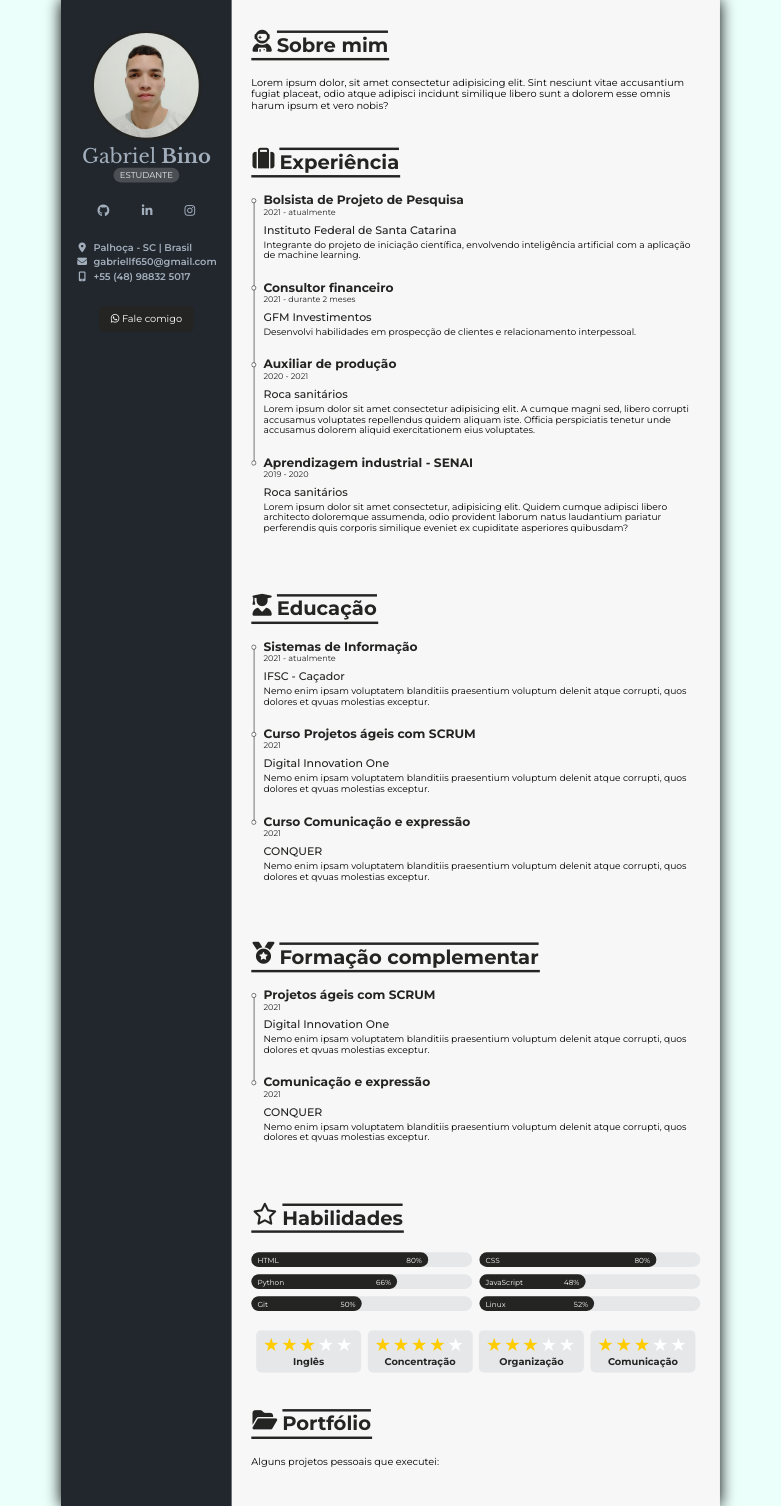
Repository: gabrielbino/curriculoResponsivo
Page: index.html
The author's editor kept a copy of each file at every save. The page is drawn from the files as they stood at one save, then again after the next save.
The browser window is 1280 px wide. The pictures show the whole page, at 61% of full size.
Some web libraries are served in a nearby version.

Above is the page before, as saved 2021-10-19 22:53:16.

### index.html
<!DOCTYPE html>
<html lang="pt-br">
  <head>
    <meta charset="UTF-8" />
    <meta name="viewport" content="width=device-width, initial-scale=1" />
    <link
      rel="stylesheet"
      href="https://cdnjs.cloudflare.com/ajax/libs/normalize/8.0.1/normalize.min.css"
      integrity="sha512-NhSC1YmyruXifcj/KFRWoC561YpHpc5Jtzgvbuzx5VozKpWvQ+4nXhPdFgmx8xqexRcpAglTj9sIBWINXa8x5w=="
      crossorigin="anonymous"
      referrerpolicy="no-referrer"
    />
    <script
      src="https://kit.fontawesome.com/a6ac7cca8d.js"
      crossorigin="anonymous"
    ></script>
    <link rel="stylesheet" href="css/style.css" />
    <link rel="shortcut icon" href="img/favicon.ico" />
    <title>CV do Gabriel</title>
  </head>
  <body>
    <main>
      <aside>
        <div class="sidebar">
          <img
            class="profile-picture"
            src="./img/option_profile.jpeg"
            alt="Gabriel Bino"
          />
          <h1 class="title-name"><span>Gabriel</span> Bino</h1>
          <h3 class="subtitle-role">Estudante</h3>
          <div class="social-links">
            <a href="https://github.com/gabrielbino" target="_blank">
              <i class="fab fa-github"></i>
            </a>
            <a
              href="https://www.linkedin.com/in/gabriel-fernandes-bino-456499195/"
              target="_blank"
            >
              <i class="fab fa-linkedin-in"></i>
            </a>
            <!-- <a href="https://twitter.com/theleoad" target="_blank">
              <i class="fab fa-twitter"></i>
            </a> -->
            <a href="https://www.instagram.com/gabrielfbino/" target="_blank">
              <i class="fab fa-instagram"></i>
            </a>
          </div>
          <ul class="personal-data">
            <li>
              <i class="fas fa-map-marker-alt"></i>
              <span>Palhoça - SC | Brasil</span>
            </li>
            <li>
              <i class="fas fa-envelope"></i>
              <a href="mailto:galbriellf650@gmail.com"
                >gabriellf650@gmail.com</a
              >
            </li>
            <li>
              <i class="fas fa-mobile-alt"></i>
              <a href="tel:+5548988325017">+55 (48) 98832 5017</a>
            </li>
          </ul>
          <a
            class="download-button"
            href="https://wa.me/+5548988325017"
            target="_blank"
          >
            <i class="fab fa-whatsapp"></i>
            <span>Fale comigo</span>
          </a>
        </div>
      </aside>
      <section>
        <article>
          <div class="article-title-wrapper">
            <i class="fas fa-user-astronaut"></i>
            <h2 class="article-title">Sobre mim</h2>
          </div>
          <p>
            Lorem ipsum dolor, sit amet consectetur adipisicing elit. Sint
            nesciunt vitae accusantium fugiat placeat, odio atque adipisci
            incidunt similique libero sunt a dolorem esse omnis harum ipsum et
            vero nobis?
          </p>
        </article>
        <article>
          <div class="article-title-wrapper">
            <i class="fas fa-suitcase"></i>
            <h2 class="article-title">Experiência</h2>
          </div>
          <ul class="timeline">
            <li>
              <h4 class="timeline-title">Bolsista de Projeto de Pesquisa</h4>
              <h5 class="timeline-time">2021 - atualmente</h5>
              <h6 class="timeline-place">
                Instituto Federal de Santa Catarina
              </h6>
              <p class="timeline-text">
                Integrante do projeto de iniciação científica, envolvendo
                inteligência artificial com a aplicação de machine learning.
              </p>
            </li>
            <li>
              <h4 class="timeline-title">Consultor financeiro</h4>
              <h5 class="timeline-time">2021 - durante 2 meses</h5>
              <h6 class="timeline-place">GFM Investimentos</h6>
              <p class="timeline-text">
                Desenvolvi habilidades em prospecção de clientes e
                relacionamento interpessoal.
              </p>
            </li>
            <li>
              <h4 class="timeline-title">Auxiliar de produção</h4>
              <h5 class="timeline-time">2020 - 2021</h5>
              <h6 class="timeline-place">Roca sanitários</h6>
              <p class="timeline-text">
                Lorem ipsum dolor sit amet consectetur adipisicing elit. A
                cumque magni sed, libero corrupti accusamus voluptates
                repellendus quidem aliquam iste. Officia perspiciatis tenetur
                unde accusamus dolorem aliquid exercitationem eius voluptates.
              </p>
            </li>
            <li>
              <h4 class="timeline-title">Aprendizagem industrial - SENAI</h4>
              <h5 class="timeline-time">2019 - 2020</h5>
              <h6 class="timeline-place">Roca sanitários</h6>
              <p class="timeline-text">
                Lorem ipsum dolor sit amet consectetur, adipisicing elit. Quidem
                cumque adipisci libero architecto doloremque assumenda, odio
                provident laborum natus laudantium pariatur perferendis quis
                corporis similique eveniet ex cupiditate asperiores quibusdam?
              </p>
            </li>
          </ul>
        </article>
        <article>
          <div class="article-title-wrapper">
            <i class="fas fa-user-graduate"></i>
            <h2 class="article-title">Educação</h2>
          </div>
          <ul class="timeline">
            <li>
              <h4 class="timeline-title">Sistemas de Informação</h4>
              <h5 class="timeline-time">2021 - atualmente</h5>
              <h6 class="timeline-place">IFSC - Caçador</h6>
              <p class="timeline-text">
                Nemo enim ipsam voluptatem blanditiis praesentium voluptum
                delenit atque corrupti, quos dolores et qvuas molestias
                exceptur.
              </p>
            </li>
            <li>
              <h4 class="timeline-title">Curso Projetos ágeis com SCRUM</h4>
              <h5 class="timeline-time">2021</h5>
              <h6 class="timeline-place">Digital Innovation One</h6>
              <p class="timeline-text">
                Nemo enim ipsam voluptatem blanditiis praesentium voluptum
                delenit atque corrupti, quos dolores et qvuas molestias
                exceptur.
              </p>
            </li>
            <li>
              <h4 class="timeline-title">Curso Comunicação e expressão</h4>
              <h5 class="timeline-time">2021</h5>
              <h6 class="timeline-place">CONQUER</h6>
              <p class="timeline-text">
                Nemo enim ipsam voluptatem blanditiis praesentium voluptum
                delenit atque corrupti, quos dolores et qvuas molestias
                exceptur.
              </p>
            </li>
          </ul>
        </article>
        <article>
          <div class="article-title-wrapper">
            <i class="fas fa-medal"></i>
            <h2 class="article-title">Formação complementar</h2>
          </div>
          <ul class="timeline">
            <li>
              <h4 class="timeline-title">Projetos ágeis com SCRUM</h4>
              <h5 class="timeline-time">2021</h5>
              <h6 class="timeline-place">Digital Innovation One</h6>
              <p class="timeline-text">
                Nemo enim ipsam voluptatem blanditiis praesentium voluptum
                delenit atque corrupti, quos dolores et qvuas molestias
                exceptur.
              </p>
            </li>
            <li>
              <h4 class="timeline-title">Comunicação e expressão</h4>
              <h5 class="timeline-time">2021</h5>
              <h6 class="timeline-place">CONQUER</h6>
              <p class="timeline-text">
                Nemo enim ipsam voluptatem blanditiis praesentium voluptum
                delenit atque corrupti, quos dolores et qvuas molestias
                exceptur.
              </p>
            </li>
          </ul>
        </article>
        <article>
          <div class="article-title-wrapper">
            <i class="far fa-star"></i>
            <h2 class="article-title">Habilidades</h2>
          </div>
          <div class="skills-container">
            <div class="progress">
              <div class="progress-bar" role="progressbar" style="width: 80%">
                <div class="progress-text">
                  <span>HTML</span>
                  <span>80%</span>
                </div>
              </div>
            </div>
            <div class="progress">
              <div class="progress-bar" role="progressbar" style="width: 80%">
                <div class="progress-text">
                  <span>CSS</span>
                  <span>80%</span>
                </div>
              </div>
            </div>
            <div class="progress">
              <div class="progress-bar" role="progressbar" style="width: 66%">
                <div class="progress-text">
                  <span>Python</span>
                  <span>66%</span>
                </div>
              </div>
            </div>
            <div class="progress">
              <div class="progress-bar" role="progressbar" style="width: 48%">
                <div class="progress-text">
                  <span>JavaScript</span>
                  <span>48%</span>
                </div>
              </div>
            </div>
            <div class="progress">
              <div class="progress-bar" role="progressbar" style="width: 50%">
                <div class="progress-text">
                  <span>Git</span>
                  <span>50%</span>
                </div>
              </div>
            </div>
            <div class="progress">
              <div class="progress-bar" role="progressbar" style="width: 52%">
                <div class="progress-text">
                  <span>Linux</span>
                  <span>52%</span>
                </div>
              </div>
            </div>
          </div>
          <div class="soft-skills">
            <div class="soft-skill">
              <div class="soft-skill-rating" style="--rating: 3"></div>
              <h4 class="soft-skill-label">Inglês</h4>
            </div>
            <div class="soft-skill">
              <div class="soft-skill-rating" style="--rating: 4"></div>
              <h4 class="soft-skill-label">Concentração</h4>
            </div>
            <div class="soft-skill">
              <div class="soft-skill-rating" style="--rating: 3"></div>
              <h4 class="soft-skill-label">Organização</h4>
            </div>
            <div class="soft-skill">
              <div class="soft-skill-rating" style="--rating: 3"></div>
              <h4 class="soft-skill-label">Comunicação</h4>
            </div>
          </div>
        </article>
        <article>
          <div class="article-title-wrapper">
            <i class="fas fa-folder-open"></i>
            <h2 class="article-title">Portfólio</h2>
          </div>
          <p>Alguns projetos pessoais que executei:</p>
          <div class="portfolio">
            <a href="#" class="portfolio-item">
              <div></div>
            </a>
            <a href="#" class="portfolio-item">
              <div></div>
            </a>
            <a href="#" class="portfolio-item">
              <div></div>
            </a>
            <a href="#" class="portfolio-item">
              <div></div>
            </a>
          </div>
        </article>
      </section>
    </main>
  </body>
</html>

### css/style.css
@import url("https://fonts.googleapis.com/css2?family=Libre+Baskerville:wght@400;700&family=Montserrat:wght@400;500;600;700&display=swap");

* {
  box-sizing: border-box;
}

img {
  max-width: 100%;
}

body {
  background-color: #ebfffb;
  color: black;
  font-family: "Montserrat", sans-serif;
}

main {
  background-color: #ebfffb;
  box-shadow: 0 0 1.5rem;
  display: flex;
  margin: 0 auto;
  max-width: 1080px;
  min-height: 100vh;
  width: 100%;
}

aside {
  background-color: #22272e;
  padding: 50px 0 16px;
  width: 280px;
}

.sidebar {
  align-items: center;
  display: flex;
  flex-direction: column;
  position: sticky;
  top: 16px;
  width: 100%;
}

.profile-picture {
  border-radius: 50%;
  border: solid 4px #242423;
  width: 180px;
}

.title-name {
  color: #a2aebb;
  font-family: "Libre Baskerville", serif;
  font-weight: 700;
  margin: 8px 0 0;
}

.title-name span {
  font-weight: 500;
}

.subtitle-role {
  background: #4b4e53;
  border-radius: 12px;
  color: #e9ebec;
  font-size: 14px;
  font-weight: 400;
  margin: 0;
  padding: 4px 10px;
  text-transform: uppercase;
}

.social-links {
  display: flex;
  font-size: 20px;
  justify-content: space-between;
  margin: 36px 0;
  width: 160px;
}

.social-links a {
  color: #a2aebb;
}

.social-links a:hover {
  color: #e8eddf;
}

.personal-data {
  list-style-type: none;
  margin: 0;
  padding: 0;
}

.personal-data li {
  color: #a2aebb;
  font-weight: 600;
  line-height: 1.5;
}

.personal-data li a {
  color: inherit;
  text-decoration: none;
}

.personal-data i {
  margin-right: 4px;
  text-align: center;
  width: 20px;
}

.download-button {
  background: #242423;
  border-radius: 8px;
  color: white;
  display: block;
  margin: 36px 0;
  padding: 12px 20px;
  text-decoration: none;
}

section {
  background-color: #f7f7f7;
  padding: 50px 32px 0;
  width: calc(100% - 280px);
}

article:not(:last-of-type) {
  margin-bottom: 60px;
}

.article-title-wrapper {
  align-items: center;
  border-bottom: 4px solid;
  color: #242423;
  display: inline-flex;
  margin-bottom: 12px;
  padding: 0 2px;
}
.article-title-wrapper i {
  font-size: 36px;
  margin: -8px 8px 0 0;
}

.article-title {
  border-top: 4px solid;
  color: #242423;
  font-size: 32px;
  font-weight: 800;
  margin: 0 0 2px;
  padding-top: 2px;
}

.timeline {
  list-style: none;
  margin: 20px 0;
  padding: 0;
}

.timeline li {
  margin: 0;
  padding: 2px 0 40px 20px;
  position: relative;
}

.timeline li::after {
  background-color: #fff;
  border-radius: 50%;
  border: 1px solid #242423;
  box-sizing: border-box;
  content: "";
  display: inline-block;
  height: 8px;
  left: 0;
  position: absolute;
  top: 2px;
  width: 8px;
}

.timeline li:not(:last-of-type)::before {
  background-color: #242423;
  content: "";
  height: 100%;
  left: 3.5px;
  position: absolute;
  top: calc(0.5em - 4px);
  width: 1px;
}

.timeline-title {
  color: #242423;
  font-size: 20px;
  margin: -8px 0 0;
}

.timeline-time {
  color: #242423;
  font-weight: 400;
  margin: 0;
}

.timeline-place {
  color: #242423;
  font-size: 18px;
  font-weight: 500;
  margin: 12px 0 4px;
}

.timeline-text {
  font-size: 15px;
  margin: 0;
}

.skills-container {
  display: flex;
  flex-wrap: wrap;
  justify-content: space-between;
  margin: 20px 0;
}

.progress {
  background-color: rgba(68, 86, 108, 0.1);
  border-radius: 20px;
  display: flex;
  font-size: 0.75rem;
  height: 1.5rem;
  margin-bottom: 12px;
  width: calc(50% - 6px);
}

.progress-bar {
  align-items: center;
  background-color: #242423;
  border-radius: 20px;
  color: #fff;
  display: flex;
  padding: 0 10px;
}

.progress-text {
  display: flex;
  justify-content: space-between;
  width: 100%;
}

.soft-skills {
  display: flex;
  justify-content: space-between;
  padding: 0 8px;
}

.soft-skill {
  background-color: rgba(68, 86, 108, 0.1);
  border-radius: 8px;
  padding: 8px;
  text-align: center;
  width: calc(25% - 8px);
}

.soft-skill-rating {
  --percent: calc(var(--rating) / 5 * 100%);
  display: inline-block;
  font-family: Times;
  font-size: 30px;
  line-height: 1;
}

.soft-skill-rating::before {
  background-clip: text;
  background: linear-gradient(90deg, #fc0 var(--percent), #fff var(--percent));
  content: "★★★★★";
  letter-spacing: 3px;
  -webkit-background-clip: text;
  -webkit-text-fill-color: transparent;
}

.soft-skill-label {
  color: #242423;
  margin: 4px 0 0;
}

.portfolio {
  display: flex;
  flex-wrap: wrap;
  justify-content: space-between;
}

.portfolio-item {
  margin-bottom: 24px;
  text-decoration: none;
  width: calc(50% - 12px);
}

/* .portfolio-item div {
  margin: 0;
}

.portfolio-item figcaption {
  color: #3c6e71;
  font-weight: 800;
  text-align: center;
} */

@media (max-width: 1024px) {
  .soft-skills {
    flex-wrap: wrap;
  }

  .soft-skill {
    margin: 4px;
    width: calc(50% - 8px);
  }
}

@media (max-width: 768px) {
  main {
    display: block;
  }

  aside,
  section {
    width: 100%;
  }

  section {
    padding: 32px 16px 0;
  }

  .article-title-wrapper {
    display: flex;
    padding: 0;
  }

  .progress,
  .soft-skill,
  .portfolio-item,
  .article-title {
    width: 100%;
  }

  .portfolio-item figure {
    text-align: center;
  }
}

After the next save:
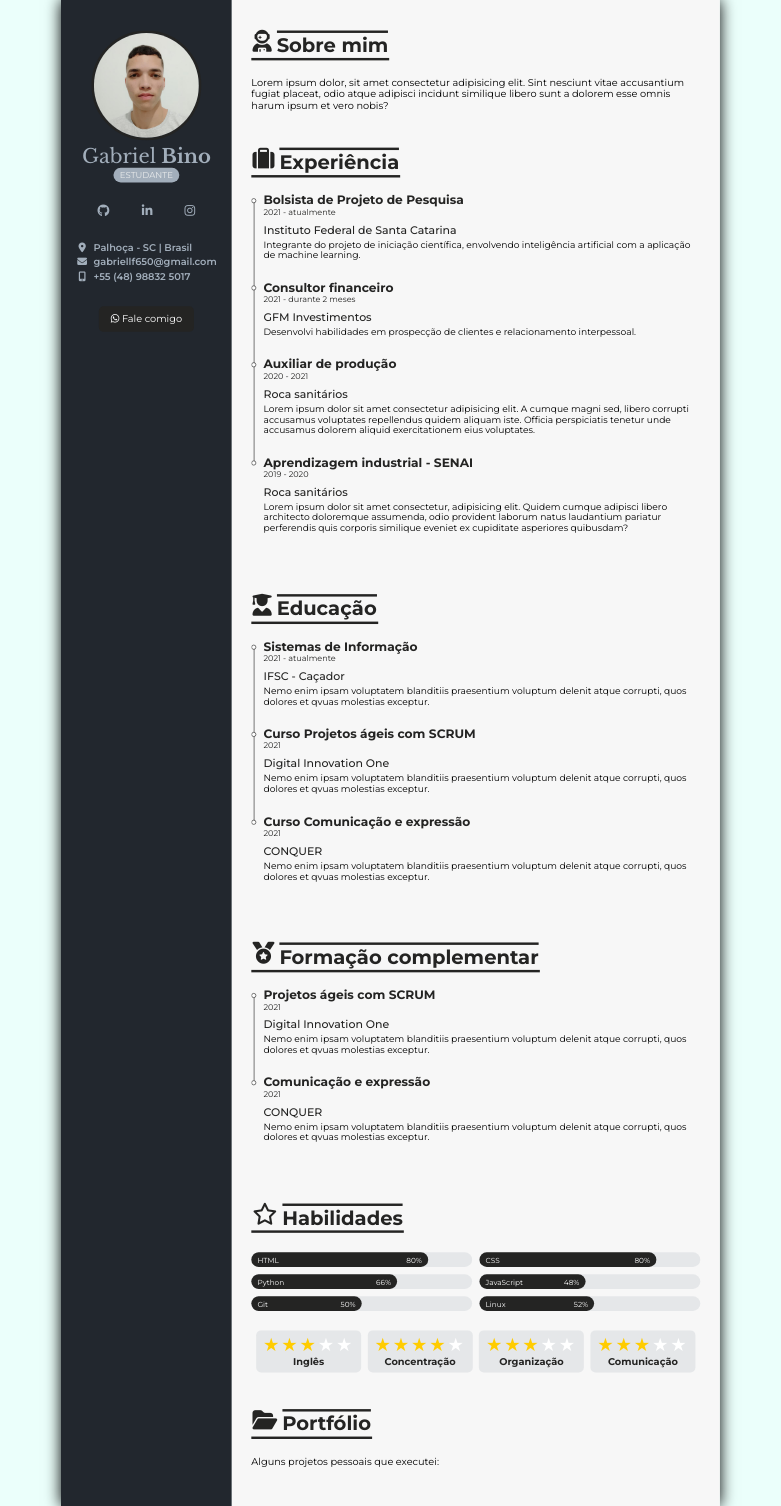
Saved 19 s later.
--- a/css/style.css
+++ b/css/style.css
@@ -57,7 +57,7 @@ aside {
 }
 
 .subtitle-role {
-  background: #4b4e53;
+  background: #a2aebb;
   border-radius: 12px;
   color: #e9ebec;
   font-size: 14px;
